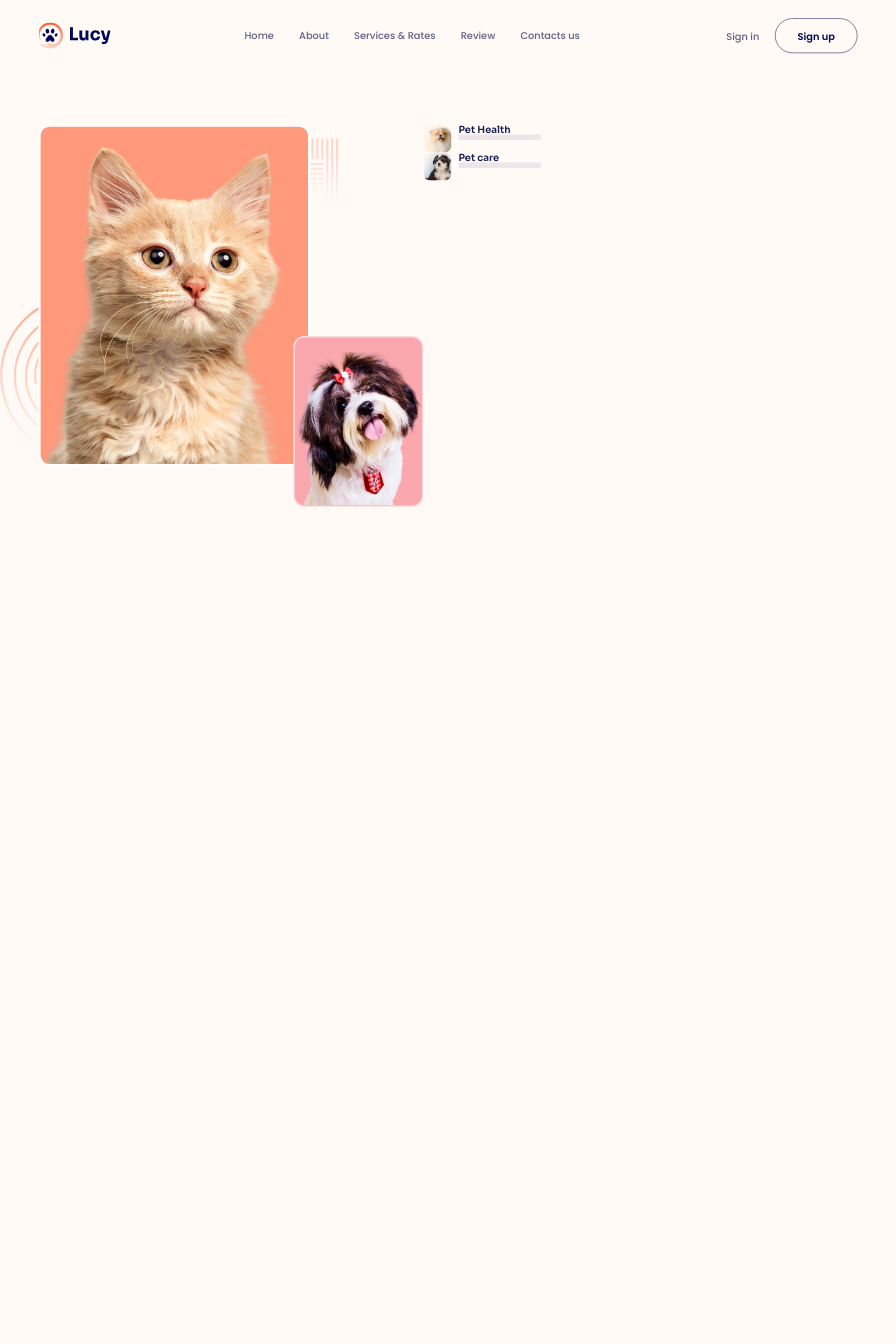
Repository: anhtien111198/f8-htmlcss-04
Page: index.html
An editor plug-in stored every save of this project. The page is shown before and after the next save, followed by the edit.
The browser window is 1280 px wide. The pictures show the part of the page from y = 0 to 1920 px (the page is 5000 px tall), at 70% of full size.

Above is the page before, as saved 2023-05-17 11:32:02.

### index.html
<!DOCTYPE html>
<html lang="en">
    <head>
        <meta charset="UTF-8" />
        <meta http-equiv="X-UA-Compatible" content="IE=edge" />
        <meta name="viewport" content="width=device-width, initial-scale=1.0" />
        <title>Lucy - Established &amp Trusted Pet Care Service</title>
        <!-- favicon -->
        <link
            rel="apple-touch-icon"
            sizes="57x57"
            href="./assets/favicon/apple-icon-57x57.png"
        />
        <link
            rel="apple-touch-icon"
            sizes="60x60"
            href="./assets/favicon/apple-icon-60x60.png"
        />
        <link
            rel="apple-touch-icon"
            sizes="72x72"
            href="./assets/favicon/apple-icon-72x72.png"
        />
        <link
            rel="apple-touch-icon"
            sizes="76x76"
            href="./assets/favicon/apple-icon-76x76.png"
        />
        <link
            rel="apple-touch-icon"
            sizes="114x114"
            href="./assets/favicon/apple-icon-114x114.png"
        />
        <link
            rel="apple-touch-icon"
            sizes="120x120"
            href="./assets/favicon/apple-icon-120x120.png"
        />
        <link
            rel="apple-touch-icon"
            sizes="144x144"
            href="./assets/favicon/apple-icon-144x144.png"
        />
        <link
            rel="apple-touch-icon"
            sizes="152x152"
            href="./assets/favicon/apple-icon-152x152.png"
        />
        <link
            rel="apple-touch-icon"
            sizes="180x180"
            href="./assets/favicon/apple-icon-180x180.png"
        />
        <link
            rel="icon"
            type="image/png"
            sizes="192x192"
            href="./assets/favicon/android-icon-192x192.png"
        />
        <link
            rel="icon"
            type="image/png"
            sizes="32x32"
            href="./assets/favicon/favicon-32x32.png"
        />
        <link
            rel="icon"
            type="image/png"
            sizes="96x96"
            href="./assets/favicon/favicon-96x96.png"
        />
        <link
            rel="icon"
            type="image/png"
            sizes="16x16"
            href="./assets/favicon/favicon-16x16.png"
        />
        <link rel="manifest" href="./assets/favicon/manifest.json" />
        <meta name="msapplication-TileColor" content="#ffffff" />
        <meta
            name="msapplication-TileImage"
            content="./assets/favicon/ms-icon-144x144.png"
        />
        <meta name="theme-color" content="#ffffff" />
        <!-- reset css-->
        <link rel="stylesheet" href="./assets/css/reset.css" />
        <!-- Embed font family-->
        <link rel="preconnect" href="https://fonts.googleapis.com" />
        <link rel="preconnect" href="https://fonts.gstatic.com" crossorigin />
        <link
            href="https://fonts.googleapis.com/css2?family=Poppins:wght@300;400;500;600&family=Sora:wght@400;500;600;700;800&display=swap"
            rel="stylesheet"
        />
        <!-- style css -->
        <link rel="stylesheet" href="./assets/css/style.css" />
    </head>
    <body style="height: 5000px">
        <!-- header -->
        <header class="header">
            <div class="container">
                <div class="header__inner">
                    <!-- logo -->
                    <img src="./assets/images/logo.svg" alt="" class="logo" />
                    <!-- navbar -->
                    <nav class="navbar">
                        <ul class="navbar__list">
                            <li class="navbar__item">
                                <a href="#!" class="navbar__link">Home</a>
                            </li>
                            <li class="navbar__item">
                                <a href="#!" class="navbar__link">About</a>
                            </li>
                            <li class="navbar__item">
                                <a href="#!" class="navbar__link">
                                    Services &amp Rates
                                </a>
                            </li>
                            <li class="navbar__item">
                                <a href="#!" class="navbar__link">Review</a>
                            </li>
                            <li class="navbar__item">
                                <a href="#!" class="navbar__link">
                                    Contacts us
                                </a>
                            </li>
                        </ul>
                    </nav>
                    <!-- header action -->
                    <div class="header-action">
                        <a href="#!" class="header-action__link">Sign in</a>
                        <a href="#!" class="header-action__btn btn">Sign up</a>
                    </div>
                </div>
            </div>
        </header>
        <!-- hero -->
        <section class="hero">
            <div class="container">
                <div class="hero__inner">
                    <!-- hero media -->
                    <div class="hero__media">
                        <div class="hero__img-wrap">
                            <img
                                src="./assets/images/pet-01.png"
                                alt=""
                                class="hero__img"
                            />
                            <!-- decorators -->
                            <img
                                src="./assets/images/decor-01.svg"
                                alt=""
                                class="hero__decor hero__decor-left"
                            />
                            <img
                                src="./assets/images/decor-02.svg"
                                alt=""
                                class="hero__decor hero__decor-right"
                            />
                        </div>
                        <div class="hero__img-wrap hero__img-wrap-small">
                            <img
                                src="./assets/images/pet-02.png"
                                alt=""
                                class="hero__img hero__img-small"
                            />
                        </div>
                        <div class="hero__list">
                            <div class="hero-list-item">
                                <img
                                    src="./assets/images/pet-03.png"
                                    alt=""
                                    class="hero-list-item__thumb"
                                />
                                <div class="hero-list-item__info">
                                    <p class="hero-list-item__title">
                                        Pet Health
                                    </p>
                                    <div class="hero-list-item__skeleton"></div>
                                    <div class="hero-list-item__skeleton"></div>
                                </div>
                            </div>
                            <div class="hero-list-item">
                                <img
                                    src="./assets/images/pet-04.png"
                                    alt=""
                                    class="hero-list-item__thumb"
                                />
                                <div class="hero-list-item__info">
                                    <p class="hero-list-item__title">
                                        Pet care
                                    </p>
                                    <div class="hero-list-item__skeleton"></div>
                                    <div class="hero-list-item__skeleton"></div>
                                </div>
                            </div>
                        </div>
                    </div>
                    <!-- hero content -->
                    <section class="hero__content"></section>
                </div>
            </div>
        </section>
    </body>
</html>

### assets/css/style.css
* {
    box-sizing: border-box;
}
html {
    font-size: 62.5%;
}
body {
    font-size: 1.6rem;
    font-family: "Poppins", sans-serif;
    background: #fffaf5;
}
/* ======================Common=================== */
a {
    text-decoration: none;
}
h1,
h2,
h3,
h4,
h5,
h6 {
    font-family: "Sora", sans-serif;
}
input,
textarea,
button,
select {
    font-size: inherit;
    font-family: inherit;
}
.container {
    width: 1170px;
    max-width: calc(100% - 48px);
    margin: 0 auto;
}
.btn {
    --height: 56px;
    display: inline-block;
    min-width: 130px;
    height: var(--height);
    line-height: var(--height);
    border: 1px solid rgba(0, 9, 88, 0.7);
    border-radius: 99px;
    font-weight: 600;
    font-size: 1.4rem;
    text-align: center;
    color: #000958;
}
.btn:hover {
    opacity: 0.9;
}
/* ===========header============== */
.header {
    position: sticky;
    top: -26px;
    z-index: 1;
    padding: 26px 0;
}
.header__inner {
    display: flex;
    align-items: center;
    justify-content: space-between;
}
.navbar__list {
    display: flex;
}
.navbar__link,
.header-action__link {
    padding: 8px 18px;
    font-weight: 500;
    font-size: 1.4rem;
    line-height: 1;
    color: #5e6085;
}
.navbar__link:hover {
    color: #000958;
    text-shadow: 1px 0 0 currentColor;
}
.header-action__btn {
    --height: 50px;
    min-width: 118px;
}
/* =======Hero======= */
.hero {
    margin-top: 76px;
}
.hero__inner {
    display: flex;
    align-items: center;
    justify-content: space-between;
}
.hero__media {
    display: flex;
}
.hero__img-wrap {
    position: relative;
    display: flex;
    align-items: flex-end;
    justify-content: center;
    width: 388px;
    height: 488px;
    background: #fe997b;
    border-radius: 16px;
    border: 3px solid #fff;
}
.hero__img {
    max-width: 100%;
    max-height: 100%;
    border-radius: inherit;
}
.hero__decor {
    position: absolute;
    z-index: -1;
}
.hero__decor-left {
    left: -58px;
    bottom: 10px;
}
.hero__decor-right {
    top: 16px;
    right: -43px;
}
.hero__img-wrap-small {
    align-self: flex-end;
    width: 186px;
    height: 244px;
    margin: 0 0 -58px -24px;
    border: 2px solid #f7dddf;
    background: #faa7ad;
}
.hero-list {
    width: 250px;
    height: 156px;
    padding: 18px 14px;
    background: #fff;
    box-shadow: -17px 14px 68px -4px rgba(207, 174, 132, 0.25);
    border-radius: 10px;
}
.hero-list-item {
    display: flex;
}
.hero-list-item__thumb {
    width: 40px;
    height: 40px;
    border-radius: 10px;
    object-fit: cover;
}
.hero-list-item__info {
    margin-left: 10px;
}
.hero-list-item__title {
    font-family: "Sora", sans-serif;
    font-weight: 600;
    font-size: 1.4rem;
    line-height: 1;
    color: #181e52;
}
.hero-list-item__skeleton {
    width: 118px;
    height: 4px;
    background: #000958;
    opacity: 0.08;
    border-radius: 10px;
}

Loaded but not shown: assets/css/reset.css (common file)

After the next save:
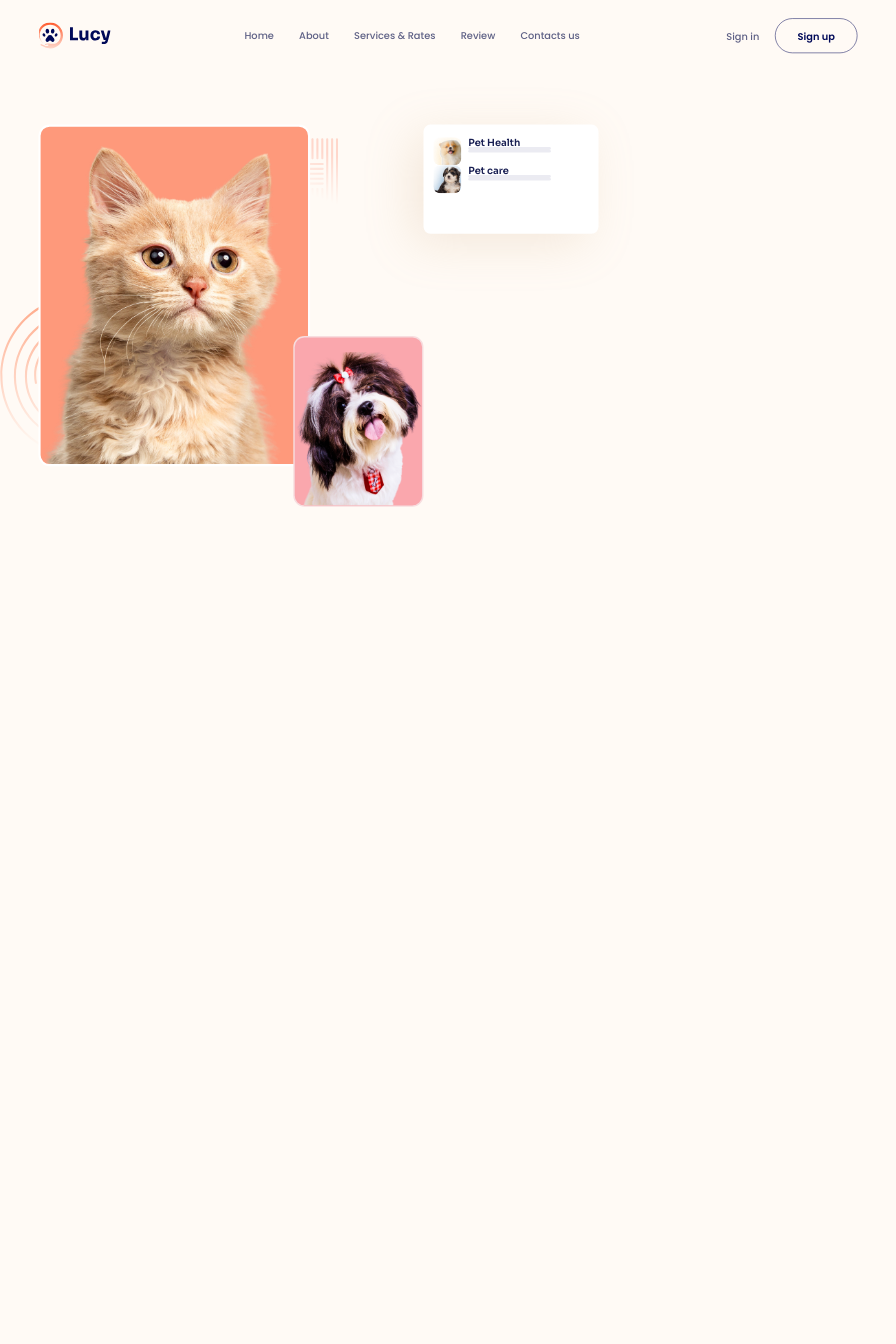
Saved 2 min 23 s later.
--- a/assets/css/style.css
+++ b/assets/css/style.css
@@ -128,7 +128,7 @@ select {
     border: 2px solid #f7dddf;
     background: #faa7ad;
 }
-.hero-list {
+.hero__list {
     width: 250px;
     height: 156px;
     padding: 18px 14px;
